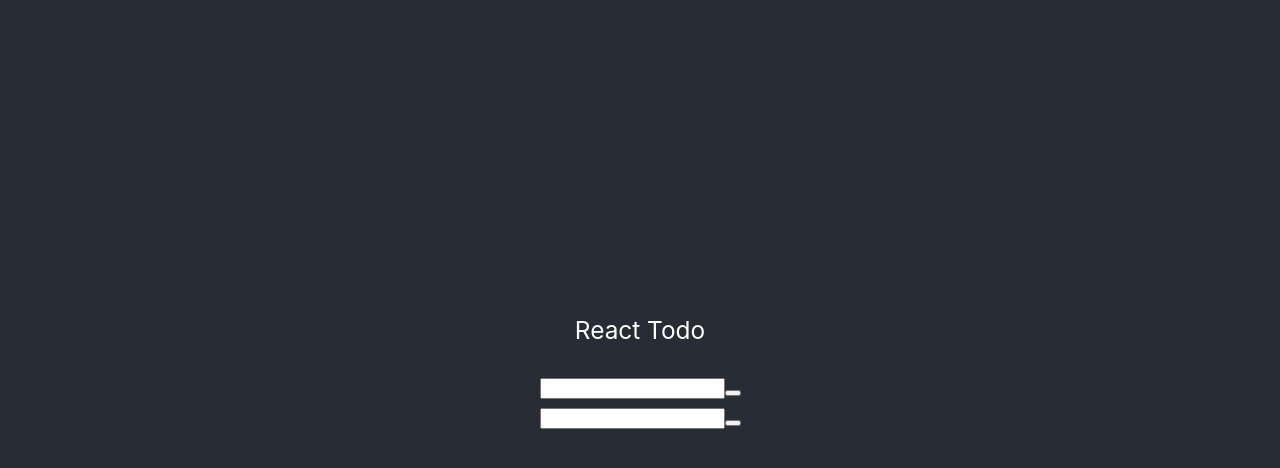
Repository: DinoDime/TodoList3
Page: /
An editor plug-in stored every save of this project. The page is shown before and after the next save, followed by the edit.
The browser window is 1280 px wide. The pictures show the whole page.
The project was rebuilt for these pictures with package versions that can differ from the ones it lists, and the page was loaded fresh each time. Also part of the build but not shown: src/components/Todo.js, src/components/TodoList.js.

Above is the page before, as saved 2021-04-15 16:16:10.

### src/App.js
import React, {useState, useEffect} from "react";
import './App.css';
import TodoForm from "./components/TodoForm";
import TodoList from "./components/TodoList";

const LOCAL_STORAGE_KEY = "react-todo-list-todos";

const App = () => {
  const [todos, setTodos] = useState([]);

  useEffect(() => {
    const storageTodos = JSON.parse(localStorage.getItem(LOCAL_STORAGE_KEY));
    if (storageTodos) {
      setTodos();
    }
  }, []);

  useEffect(() => {
    localStorage.setItem(LOCAL_STORAGE_KEY, JSON.stringify(todos));
  }, [todos]);

  const addTodo = (todo) => {
    setTodos([todo, ...todos]);
  }

  const toggleComplete = (id) => {
    setTodos(
      todos.map(todo => {
        if (todo.id === id){
          return {
            ...todo,
            completed: !todo.completed
          };
        }
        return todo;
      })
    );
  }

  return (
    <div className="App">
      <header className="App-header">
        <p>React Todo</p>
        <TodoForm addTodo={addTodo} />
        <TodoForm addTodo={addTodo} toggleComplete={toggleComplete}/>
      </header>
    </div>
  );
}

export default App;

### src/components/TodoForm.js
import React, {useState} from "react";

const TodoForm = () => {
	const [todo, setTodo] = useState({
		id: "",
		task: "",
		completed: false
	});

	const handleTaskInputChange = (e) => {
		setTodo({...todo, task: e.target.value});
	}

  return(
  <form>
		<input
			name="task"
			type="text"
			value={todo.task}
			onChange={handleTaskInputChange}
		/>
		<button type="submit"/>
  </form>
  );
}

export default TodoForm;

Loaded but not shown: public/index.html (common file); src/index.js (common file); src/index.css (common file); src/reportWebVitals.js (common file); src/App.css (common file)

After the next save:
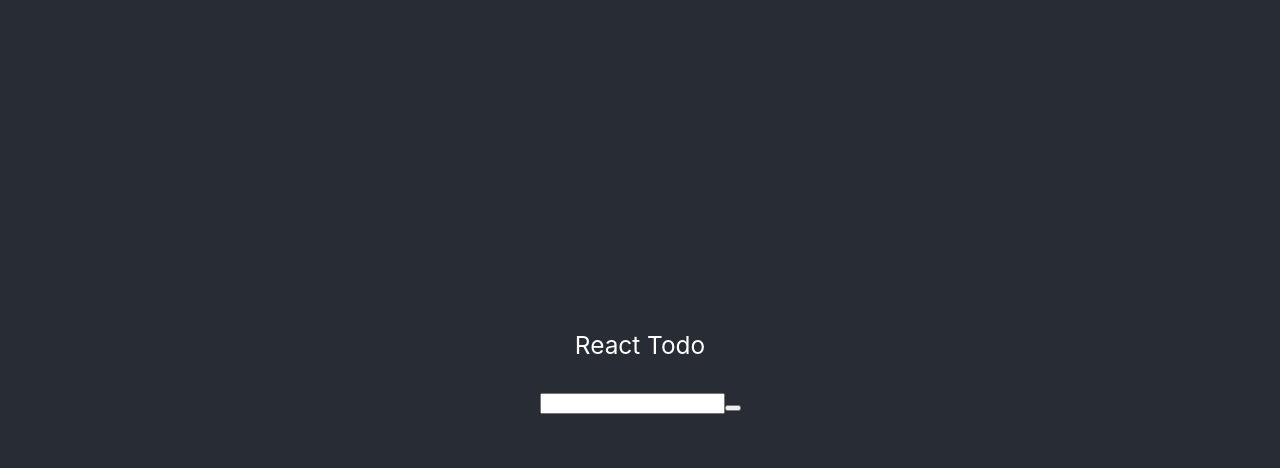
Saved 108 s later.
--- a/src/App.js
+++ b/src/App.js
@@ -1,48 +1,20 @@
-import React, {useState, useEffect} from "react";
+import React, {useState} from "react";
 import './App.css';
 import TodoForm from "./components/TodoForm";
-import TodoList from "./components/TodoList";
-
-const LOCAL_STORAGE_KEY = "react-todo-list-todos";
 
 const App = () => {
   const [todos, setTodos] = useState([]);
 
-  useEffect(() => {
-    const storageTodos = JSON.parse(localStorage.getItem(LOCAL_STORAGE_KEY));
-    if (storageTodos) {
-      setTodos();
-    }
-  }, []);
-
-  useEffect(() => {
-    localStorage.setItem(LOCAL_STORAGE_KEY, JSON.stringify(todos));
-  }, [todos]);
-
   const addTodo = (todo) => {
     setTodos([todo, ...todos]);
-  }
-
-  const toggleComplete = (id) => {
-    setTodos(
-      todos.map(todo => {
-        if (todo.id === id){
-          return {
-            ...todo,
-            completed: !todo.completed
-          };
-        }
-        return todo;
-      })
-    );
   }
 
   return (
     <div className="App">
       <header className="App-header">
         <p>React Todo</p>
-        <TodoForm addTodo={addTodo} />
-        <TodoForm addTodo={addTodo} toggleComplete={toggleComplete}/>
+        <TodoForm addTodo={addTodo}/>
+
       </header>
     </div>
   );
